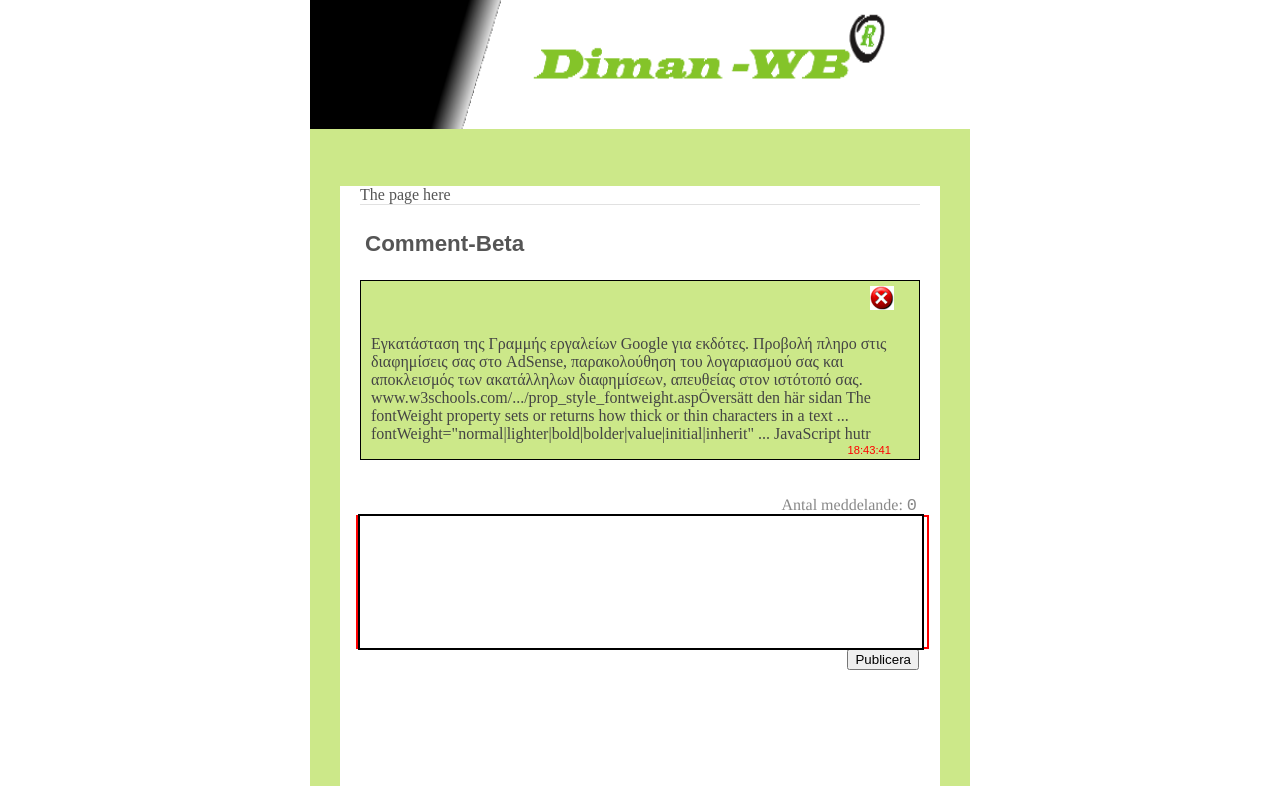
Repository: dn222em/1dv403-laborationer
Page: 2-labbymezzage/index.html
The author's editor kept a record of every edit. The page is drawn from the files as they stood at one moment, then again after the next edit.
The browser window is 1280 px wide. The pictures show the whole page.

Above is the page before.

### 2-labbymezzage/index.html
<!doctype html>
<html lang="sv">
<head>
        <script>
				document.createElement("header");
				document.createElement("hgroup");
				document.createElement("footer");
				document.createElement("article");
				document.createElement("main");
				document.createElement("section");
				document.createElement("nav");
				document.createElement("aside");
				document.createElement("address");
			</script>

        <meta charset="utf-8">
        <title>Labby mezzage</title>
        <link rel="stylesheet" href="style.css" />
        <script type="text/javascript" src="Message.js"></script>
        <script type="text/javascript" src="mess.js"></script>
        <script type="text/javascript" src="init.js"></script>
</head>
<body>
    <div id="container">
        <header>
			<h1>Blogg</h1>
		</header>
    <main>
        <div id="page">
            The page here
        </div>
             <div class="main-comment">
 <h3 class="comment-title">Comment-Beta</h3>
                 <div id="comments-list" class="comments-list">
                     <ul id="comment-holder">
                            <!--<div id="comment-date" class="comment-date">
               <h3 id="comment-date-given" class="comment-date-given">2014-11-28 18:43:41</h3>-->
                               </div>
                          <li class="comment-holder-li" >
                           <div id="comment-upp-buttons" class="comment-upp-buttons">
                               <div id="comment-date-button" class="comment-date-button">
                                   <ul>
                                        <li><img id="delete-button" class="delete-button" src="pics/1.png" /></li>
                                   </ul>
                               </div>

                            </div>
                                 <p>Εγκατάσταση της Γραμμής εργαλείων Google για εκδότες. Προβολή πληρο στις διαφημίσεις σας στο AdSense, παρακολούθηση του λογαριασμού σας και αποκλεισμός των ακατάλληλων διαφημίσεων, απευθείας στον ιστότοπό σας.
                               www.w3schools.com/.../prop_style_fontweight.aspÖversätt den här sidan
The fontWeight property sets or returns how thick or thin characters in a text ... fontWeight="normal|lighter|bold|bolder|value|initial|inherit" ... JavaScript hutr</p>
                            <div id="comment-date" clas="comment-date">
                               <code id="writen-date" class="writen-date">18:43:41</code>
                            </div>
                            </li>
                     </ul>
                 </div>
    <p id="count-comments" class="count-comments">Antal meddelande: <code id="count-length" class="count-length">0</code></p>
         <div class="comment-box">
            <textarea type="textarea" name="kommentar" id="comment-box"></textarea>
         </div>
         <div id="comment-publish-button">
             <input id="publish-button" type="button" name="submit" value="Publicera" />
         </div>
             </div>
    </main>
    </div>
</body>

</html>

### 2-labbymezzage/style.css
/*Reset-styleshhet
-----------------------------------------------------------------------------*/
/* http://meyerweb.com/eric/tools/css/reset/
   v2.0 | 20110126
   License: none (public domain)
*/

/*html, body, div, span, applet, object, iframe,
h1, h2, h3, h4, h5, h6, p, blockquote, pre,
a, abbr, acronym, address, big, cite, code,
del, dfn, em, img, ins, kbd, q, s, samp,
small, strike, strong, sub, sup, tt, var,
b, u, i, center,
dl, dt, dd, ol, ul, li,
fieldset, form, label, legend,
table, caption, tbody, tfoot, thead, tr, th, td,
article, aside, canvas, details, embed,
figure, figcaption, footer, header, hgroup,
menu, nav, output, ruby, section, summary,
time, mark, audio, video {
	margin: 0;
	padding: 0;
	border: 0;
	font-size: 100%;
	font: inherit;
	vertical-align: baseline;
}
 HTML5 display-role reset for older browsers
article, aside, details, figcaption, figure,
footer, header, hgroup, menu, nav, section {
	display: block;
}
body {
	line-height: 1;
}
ol, ul {
	list-style: none;
}
blockquote, q {
	quotes: none;
}
blockquote:before, blockquote:after,
q:before, q:after {
	content: '';
	content: none;
}
table {
	border-collapse: collapse;
	border-spacing: 0;
}
/*End of Reset - stylesheet
--------------------------------------------------------------------
/*CSS -Stylesheet
======================================================================================================*/
#container{
    width: 660px;
    height:auto;
	background-color:#cce889;/*#c2d8fc;*/
	margin:0 auto;
	padding:0;
	background-image:url("pics/20.png");
	background-repeat:no-repeat;
	background-size:660px 130px;
	margin-top:-22px;

}


h1{
	margin-bottom:50px;
}

main {

	background-color: #FFF;
	width: 600px;
	margin:10px auto 10px auto;
	height:600px;
	margin-top:150px;
}

.comment-paragraf{
	width:500px;
}
/*=======================================================p - total comments*/
.count-comments{
	font-size:1em;
	font-family:'Times';
	float:right;
	margin-right:23px;
	margin-bottom:-3px;
	color:#888;
}

.count-length{
	font-size:1.3em;

}

/*=========================================================page*/
#page{
	width:auto;
	height:auto;
	color:#555;
	margin:20px;
	border-bottom:1px solid #e1e1e1;
}

/*==========================================================comment area*/
.main-comment{
	margin:20px;
	width:auto;
	height:auto;
	color:#444;

}

.comment-title{
	height:45px;
	line-height:37px;
	font-size:1.4em;
	font-family:'Arial';
	margin:0 5px 0 5px;
	color:#555;

}

/*====================================================posted comments*/
.comments-list{
	font-size:1em;
	font-family:'Times';
	margin:10px 5px 10px 5px;
	color:#555;
	color:#766;

}

#comment-holder{
	list-style-type:none;
	margin:0px;
	padding:0px;
	width:auto;
	height:auto;
}


.comment-holder-li{
	list-style-type:none;
	margin:10px 0px 10px 0px;
 	border:1px solid black;/*#e1e1e1;*/
 	padding-left:10px;
 	padding-right:10px;
	background-color:#cce889;
	min-height:80px;
	display:block;


}

.comment-holder-li:hover{
	background-color:#FDB;
}

/*=======================================================date*/
.comment-date{
	float:right;
}

.writen-date{

	font-family:Arial;
	color:red;
	font-size:0.7em;
	float:right;
	position: relative;
	margin-right:18px;
	padding-top:10px;
	margin-top:-25px;

}


/*========================================================buttons*/

.comment-upp-buttons ul{
    margin: 10px;
    padding: 5px;

}

.comment-upp-buttons li{

   	width: 60px;
    display: inline;
    border:none;
	list-style-type: none;
	padding: 10px;


}

.date-button, .delete-button{
	width: 60px;
    display: inline;
	float:right;
	position: relative;
	width:24px;
	height:24px;
	top:-10px;
	cursor:pointer;


}

.date-button:hover{
	-webkit-transform: scale(1.2);
    -moz-transform: scale(1.2);
    transform: scale(1.2);
}
.date-button:active{
	-webkit-transform: scale(1);
    -moz-transform: scale(1);
    transform: scale(1);
}

.delete-button:hover{
	-webkit-transform: scale(1.2);
    -moz-transform: scale(1.2);
    transform: scale(1.2);
}
.delete-button:active{
	-webkit-transform: scale(1.0);
    -moz-transform: scale(1.0);
    transform: scale(1.0);
}


/*==================================================comments textarea*/
.comment-box{
	height:130px;
	border:2px solid red;
	width:auto;
	margin:5px;
	margin-right:11px;
	margin-left:16px;
	margin-top:55px;
	min-height:100px;


}

#comment-box{
	width:98%;
	color:#223;/*#272426;*/
	height:98%;
	position:relative;
	resize:none;
	border:2px solid black;
	margin-top:-3px;


}

#comment-box:hover{
	border:2px solid #279521;
}

#comment-publish-button{
	margin-top:-5px;
	float:right;
	margin-right:21px;

}
#publish-button{
	cursor:pointer;
}

### 2-labbymezzage/Message.js
"use strict";

/* Denna "klass" skapar vi Message-objekt utifrån.
 * Vi kapslar in privata variabler med getters och setters.
*/
    function Message (message, date){

        this.getText = function(){ return this.message; };
        this.setText = function(_message){
            if(typeof _message === "undefined" || _message.trim() ==="" ){
                console.log("Textarean är tom!");
            }
            this.message = _message;};

        this.getNewDate = function(){ return this.date;};
        this.setNewDate = function(_date){ this.date = _date;};
    }

    Message.prototype.toString = function (){
        return this.getText();// +"<br/>"+"<br/>" +" (" + this.getNewDate() + ") ";
    };

    Message.prototype.getHTMLText = function (){return Message.toString().replace(/[\n\r]/gi, "<br />");};
/* function Message (message, date){

        this.message;
        this.date;
    }

    Message.prototype.getText = function(){
        return this.message;
    };

    Message.prototype.setText = function(newText){

        if(typeof newText ==="undefined" || newText.trim() ===""){

            console.log("Textarean är tom!");
        }

        this.message = newText;
    };

     Message.prototype.getDate = function(){
        return this.date;
    };
    Message.prototype.setDate = function(newDate){

       this.date = newDate;
    };

    Message.prototype.toString = function (){

        return this.getText() +"<br/>"+"<br/>" +" (" + this.getDate() + ") ";
    };

/*function Message (message, date){

    this.getText = function () {return message;};
    this.setText = function (_text) { message = _text;};

    this.getDate = function () {return date;};
    this.setDate = function (_date) { };

}

Message.prototype.toString = function (){

    return this.getText() +" (" + this.getDate() + ") ";
};
Message.prototype.getHTMLText = function (){};
Message.prototype.getDateText = function (){};*/

### 2-labbymezzage/mess.js
"use strict";

var MessageBoard  = {

    messages : []





};

### 2-labbymezzage/init.js
"use strict";

/* I denna fil körs vår applikation.
 * Vi använder window.onload för att starta applikationen när
 * fönstret laddat klart. *
 */

window.onload = function(){


    var now = new Date();//.toLocaleString();
    var publish = document.getElementById("publish-button");

    var message = new Message();
	var messages = [];
	var ul = document.getElementById("comment-holder");
	var li = null;//document.createElement("li");
    var idCounter=0;
	var div1 = null;
	var div2 = null;
	var div3 = null;
	var div4 = null;
	var div5 = null;
	var div6 = null;
	var div7 = null;
	var div8 = null;
	var p = null;
    var paragr = document.getElementById("count-comments");
    var messageBirth;
    var subText = null;//

    publish.onclick = createMessage;

    var shiftEnterKey = document.getElementById("comment-box");
    shiftEnterKey.onkeypress = function ( e) {

        if(e.keyCode == 13 && !e.shiftKey) {
            createMessage();
        }
        else if (e.keyCode == 13 && e.shiftKey) {
                //shiftEnterKey.value+='<br  />';//
            }
        };

    /*var enterKey = document.getElementById("comment-box");
    enterKey.onkeypress = function (e) {
        if(e.keyCode === 13){
            createMessage();
        }
    };

	/*ul = document.createElement("ul");
	document.getElementById("comments-list").appendChild(ul);
	ul.id = "comment-holder";*/


    function createMessage(){

		message.setText(document.getElementById("comment-box").value);

		if(message.message === "" || document.getElementById("comment-box").value.trim() ===""){
            document.getElementById("comment-box").style.backgroundColor =" #e1e1e1";
            document.getElementById("comment-box").style.border="1px solid red";
            document.getElementById("comment-box").value = "Du måste skriva något för att kommentera";

            var delay=1000;

            setTimeout(function(){
                document.getElementById("comment-box").style.backgroundColor ="white";
                document.getElementById("comment-box").style.border = "1px solid #cce889";
		        document.getElementById("comment-box").value = "";
            },delay);
		return;
		}


		message.setNewDate(now);
		if(shiftEnterKey){
        subText = message.toString();
        var kaka = subText.replace(/[\n\r]/g, "<br />");
        message.setText(kaka);
		}

		pushUp(message);
		idCounter++;
		createElements(message);
		document.getElementById("comment-box").value = null;

    }

    function pushUp(message){
        return messages.push(message);
    }

    function createElements(message){

        //div6 = document.getElementById("count-length");
        //paragr.removeChild(div6);
        div6 = document.getElementsByClassName("count-length");
	    while(div6[0]) {
         div6[0].parentNode.removeChild(div6[0]);
        }

	    li = document.createElement("li");
    	document.getElementsByClassName("comment-holder")[0];//.appendChild(li);
    	//li.innerHTML = message.message;//toString();//message.message;
        li.className ="comment-holder-li";
	    li.id = idCounter+"li";

	    ul.appendChild(li);

    	ul.insertBefore(li, ul.childNodes[0]);

        p=document.createElement("p");
        document.getElementById(li.id).appendChild(p);
        p.className ="comment-paragraf";
        li.appendChild(p);
        p.innerHTML = message.message;

	    div1 = document.createElement("div");
        document.getElementById(li.id).appendChild(div1);
        //document.getElementsByClassName("comment-holder-li")[0];
        div1.className = "comment-upp-buttons";
        div1.id = idCounter+"comment-upp-buttons";
        div1.innerHTML;
        li.appendChild(div1);

        div2 = document.createElement("ul");
        document.getElementById(div1.id).appendChild(div2);
        //document.getElementsByClassName("comment-upp-buttons")[0];
        div2.id = idCounter+"ul2";
        div2.innerHTML;
        div1.appendChild(div2);

        div3 = document.createElement("li");
        document.getElementById(div2.id).appendChild(div3);
        div3.id = idCounter+"li2";
        div3.innerHTML;
        div2.appendChild(div3);

        div4 = document.createElement("img");
        document.getElementById(div3.id).appendChild(div4);
        div4.id = idCounter+"date-button";
        div4.className = "date-button";
        div4.innerHTML;
        div3.appendChild(div4);
        div4.setAttribute("src", "pics/TIMER.png");
        div4.setAttribute("onClick", "");
        //div4.onclick = showDate;
        div4.addEventListener("click", showDate);

        div5 = document.createElement("img");
        document.getElementById(div4.id).appendChild(div5);
        div5.className ="delete-button";
        div5.id =idCounter+ "delete-button";
        div3.appendChild(div5);
        div5.innerHTML;
        div5.setAttribute("src", "pics/DELETE.png");
        div5.setAttribute("onClick", "");
        //div5.onclick = deleteMessage;
        div5.addEventListener("click", deleteMessage);


        div8 = document.createElement("div");
        document.getElementsByClassName(li.id)[1];//.appendChild(div8);
        div5.appendChild(div8);
        div8.id = idCounter+"comment-date";
        div8.className ="comment-date";
        li.appendChild(div8);

        div7 = document.createElement("code");
        document.getElementById(div8.id).appendChild(div7);
        div7.className = "writen-date";
        div7.id = idCounter+"writen-date";
        div8.appendChild(div7);
        div7.innerHTML= showTime(message.date);


        div6 = document.createElement("code");
        document.getElementById("count-comments").appendChild(div6);
        div6.id = idCounter+"count-length";
        div6.className = "count-length";
        paragr.appendChild(div6);

        div6.innerHTML= messages.length;
    }

    function showTime(str){


        str  = message.date;

		//Create a new date-object to find the exact day.
	    messageBirth = new Date((-(-str - now))-now );

        var hours = messageBirth.getHours();
        var minutes = messageBirth.getMinutes();
        var seconds = messageBirth.getSeconds();

        //messageBirth.getHours()+":"+messageBirth.getMinutes()+":"+messageBirth.getSeconds()
        if(hours < 10){
            hours ="0"+hours;
        }
        if (minutes < 10){
            minutes="0"+minutes;
        }
        if(seconds < 10){
            seconds ="0"+seconds;
        }
        var time = hours+":"+minutes+":"+seconds;
        return time;

    }

    function showDate(str){

         str  = message.date;
         var timeNew = showTime(str);

        //Create two Arrays with Swedish names for days and months!
		var dayName=["Söndag", "Måndag", "Tisdag", "Onsdag", "Torsdag", "Fridag", "Lördag"];
		var monthName=["Jenuari", "Februari", "Mars","April", "Maj", "Juni", "Juli", "Augusti", "September", "Oktober", "November", "December"];


		//Create a new date-object to find the exact day.
	    messageBirth= new Date((-(-str - now))-now );

	    var dateCreation = dayName[messageBirth.getDay()] +" "+messageBirth.getDate()+ " "+monthName[messageBirth.getMonth()]+" "+messageBirth.getFullYear() +"   ";
		//Precentate date and time
        var str1 = "Meddelandet skapades " +dateCreation+timeNew;
        alert(str1);
    }

   function deleteMessage(str){

        var a = str.target.nodeName;
        var a = str.target.id;
        var b =a.replace('delete-button','');
        var c = b +"li";


        if (confirm("Vill du verkligen radera meddelandet?")){
            var x = document.getElementById(c);
            x.remove(x.selectedIndex);
            div6.innerHTML= --messages.length;
        }
   }

};

After the next edit:
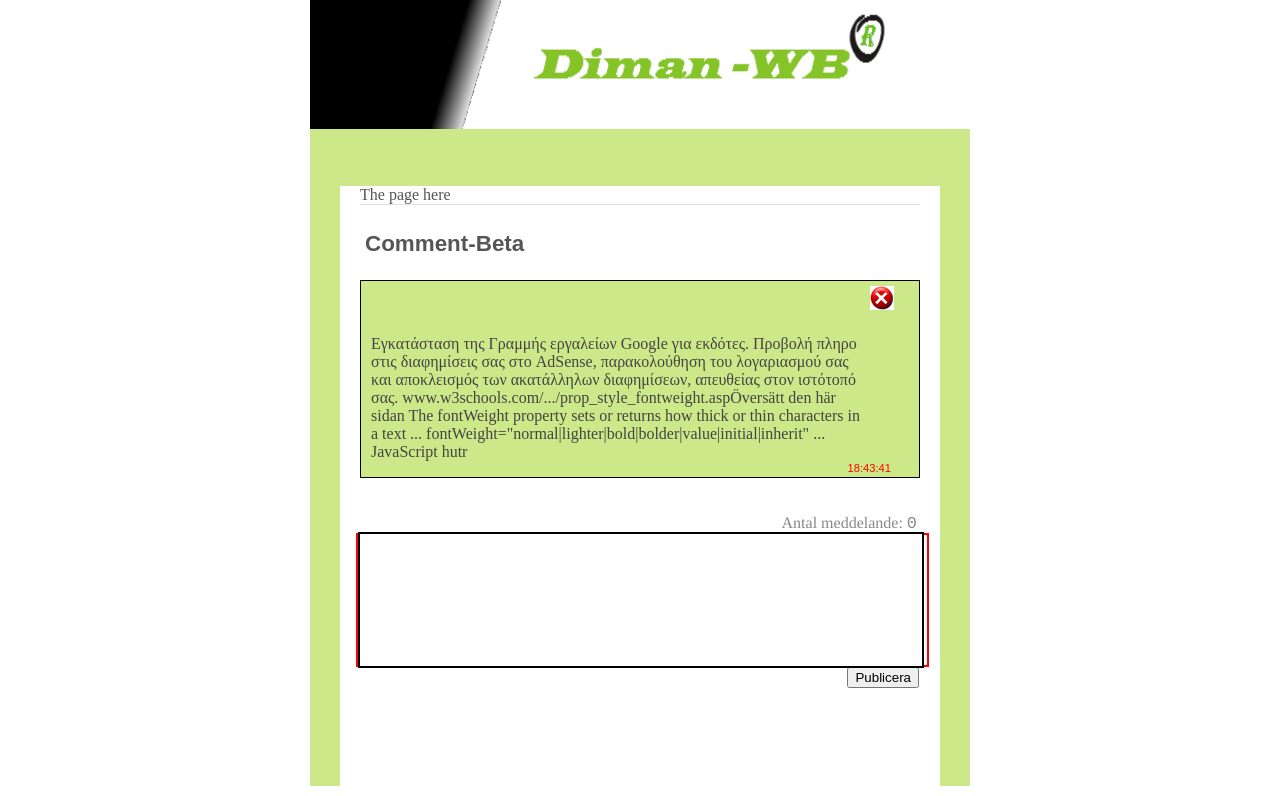
The edit:
--- a/2-labbymezzage/index.html
+++ b/2-labbymezzage/index.html
@@ -45,7 +45,7 @@
                                </div>
 
                             </div>
-                                 <p>Εγκατάσταση της Γραμμής εργαλείων Google για εκδότες. Προβολή πληρο στις διαφημίσεις σας στο AdSense, παρακολούθηση του λογαριασμού σας και αποκλεισμός των ακατάλληλων διαφημίσεων, απευθείας στον ιστότοπό σας.
+                                 <p class="comment-paragraf">Εγκατάσταση της Γραμμής εργαλείων Google για εκδότες. Προβολή πληρο στις διαφημίσεις σας στο AdSense, παρακολούθηση του λογαριασμού σας και αποκλεισμός των ακατάλληλων διαφημίσεων, απευθείας στον ιστότοπό σας.
                                www.w3schools.com/.../prop_style_fontweight.aspÖversätt den här sidan
 The fontWeight property sets or returns how thick or thin characters in a text ... fontWeight="normal|lighter|bold|bolder|value|initial|inherit" ... JavaScript hutr</p>
                             <div id="comment-date" clas="comment-date">
